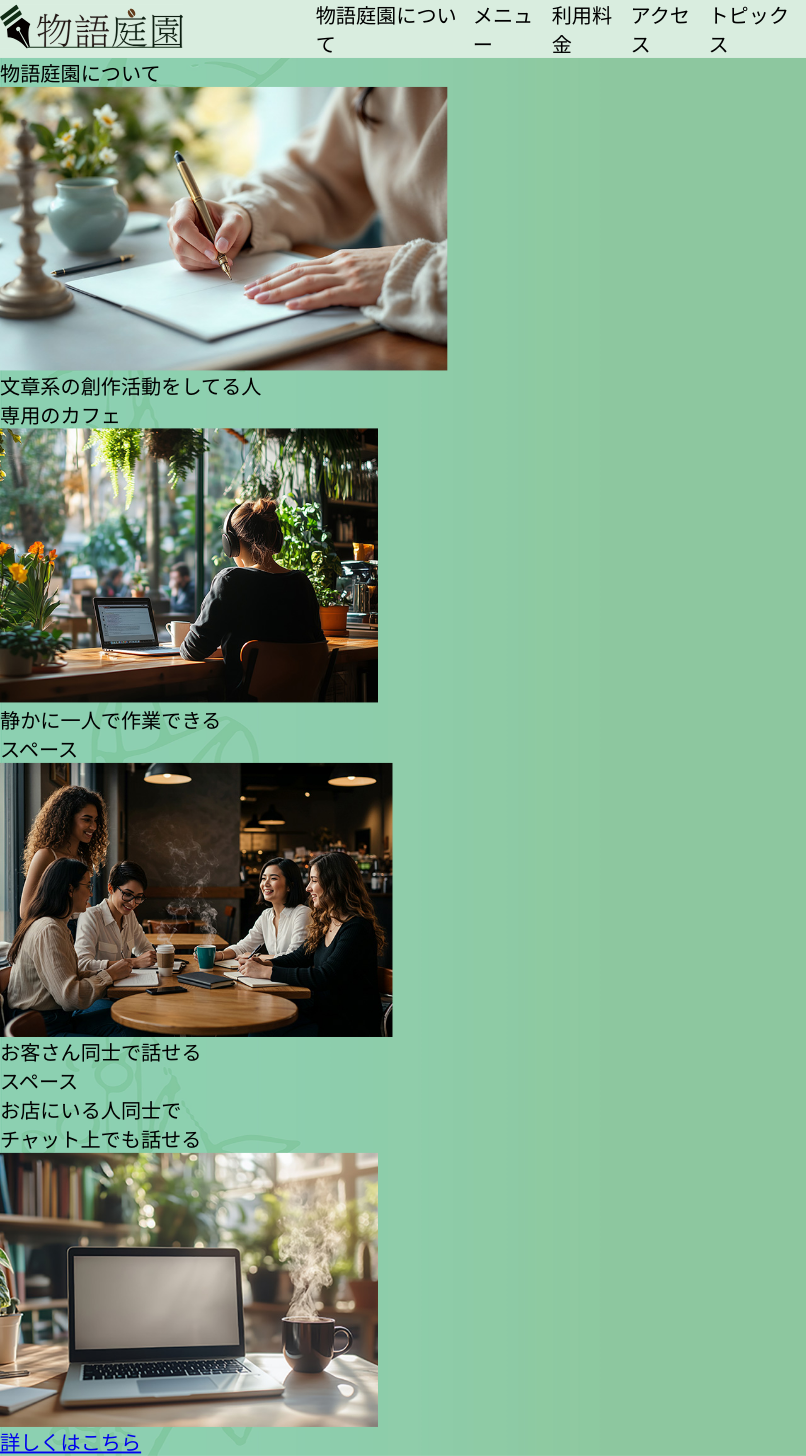
Repository: saka-kou/GardenStory
Page: index.html
An editor plug-in stored every save of this project. The page is shown before and after the next save, followed by the edit.
The browser window is 1280 px wide. The pictures show the whole page, at 63% of full size.
Some web fonts or font styles are not loaded; a fallback is used.

Above is the page before, as saved 2025-07-23 17:42:03.

### index.html
<!DOCTYPE html>
<html lang="en">
<head>
    <meta charset="UTF-8">
    <meta name="viewport" content="width=device-width, initial-scale=1.0">
    <link rel="preconnect" href="https://fonts.googleapis.com">
    <link rel="preconnect" href="https://fonts.gstatic.com" crossorigin>
    <link href="https://fonts.googleapis.com/css2?family=Kaisei+Opti&display=swap" rel="stylesheet">

    <title>物語庭園</title>
    <link rel="stylesheet" href="css/index.css">
</head>
<body>
    <header>
        <h1><img src="images/logo.svg" alt="物語庭園ロゴ"></h1>
        <ul id="gnavi" class="consept-text">
            <li>物語庭園について</li>
            <li>メニュー</li>
            <li>利用料金</li>
            <li>アクセス</li>
            <li>トピックス</li>
        </ul>
    </header>

    <h2 class="consept-text">物語庭園について</h2>
    <div id="setumei">
        <img src="images/write.jpeg" alt="文創" class="leftimg">
        <p class="consept-text">文章系の創作活動をしてる人<br>
            専用のカフェ
        </p>
    </div>
    <div id="setumei">
        <img src="images/work.jpeg" alt="作業" class="rightimag">
        <p class="consept-text">静かに一人で作業できる<br>
            スペース
        </p>
    </div>
    <div id="setumei">
        <img src="images/talk.jpeg" alt="話せる" class="leftimg">
        <p class="consept-text">お客さん同士で話せる<br>
            スペース
        </p>
    </div>
    <div id="setumei">
        <p class="consept-text">お店にいる人同士で<br>
            チャット上でも話せる
        </p>
        <img src="images/Website.jpeg" alt="Webサイト" class="rightimg">
    </div>
        <p class="consept-text"><a href="#">詳しくはこちら</a></p>
</body>
</html>

### css/index.css
*{
    margin: 0;
    padding: 0;
}
body{
    background-image: url("../images/壁紙例2.webp");
    /*background-color: #5BBB8F;*/
}
header{
    display: flex;
    align-items: center;
    justify-content: space-between;
    background: #D9EDDF;
    gap: 210px;
}
#gnavi{
    display: flex;
    list-style-type: none;
    width: 100%;
}
.consept-text{
    font-family: "Kaisei Opti", serif;
    font-weight: 400;
    font-style: normal;
    font-size: 32px;
}
.leftimg{
    display: flex;
}
.rightimg{
    display: flex;
}

After the next save:
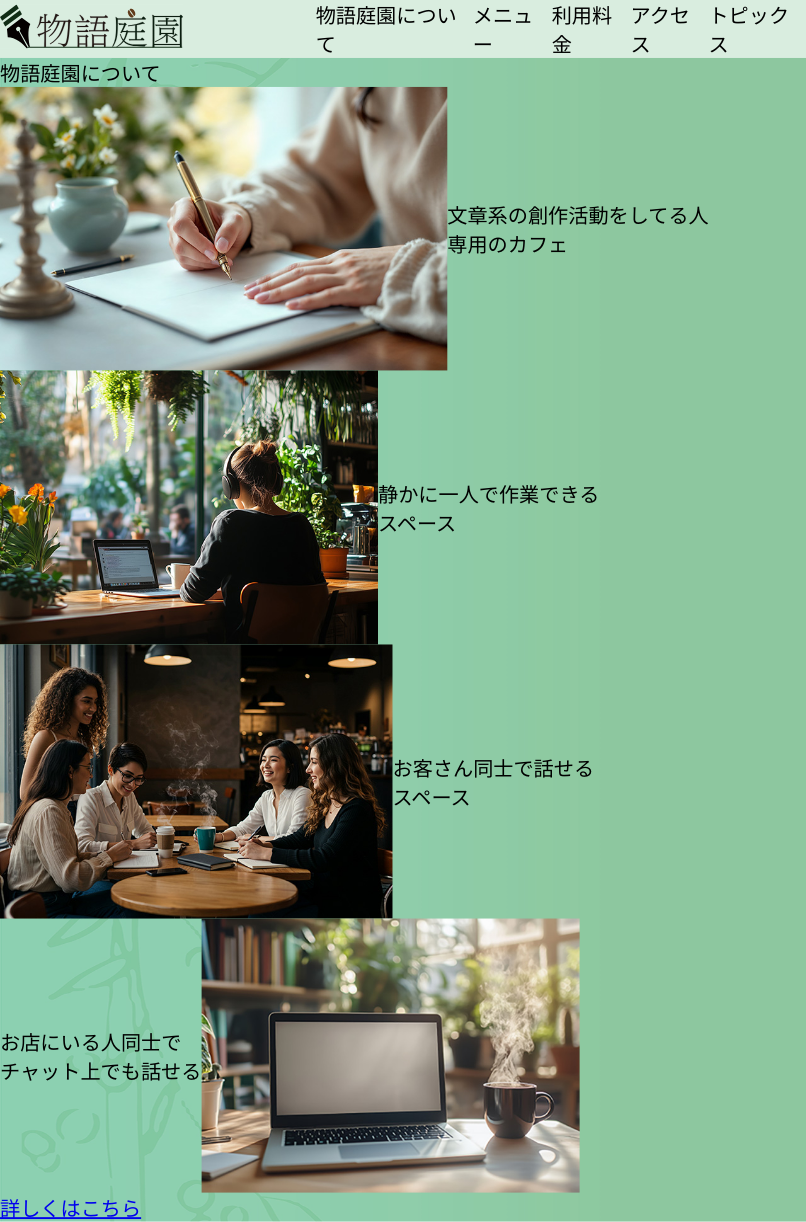
Saved 2 min 3 s later.
--- a/css/index.css
+++ b/css/index.css
@@ -24,6 +24,10 @@ header{
     font-style: normal;
     font-size: 32px;
 }
+#setumei{
+    display: flex;
+    align-items: center;
+}
 .leftimg{
     display: flex;
 }
